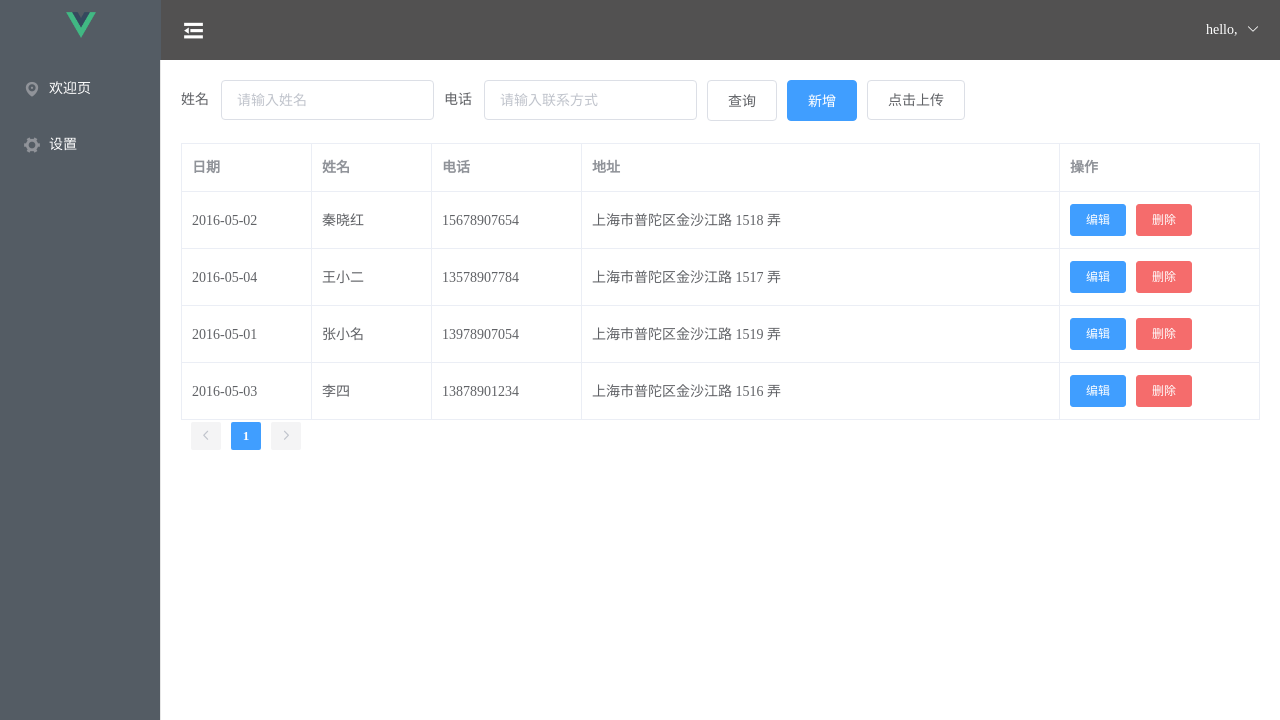
Repository: qianxuebing/admin
Page: /Layout/Table
These files come from the project's save history. The page is drawn as it stood at one moment and after the next save; the edit follows.
The browser window is 1280 px wide. The pictures show the whole page.
The project was rebuilt for these pictures with package versions that can differ from the ones it lists, and the page was loaded fresh each time. Also part of the build but not shown: src/views/login/Login.vue. Imported but missing from the stored project, and not drawn on this page: src/views/home/Home.

Above is the page before, as saved 2020-01-13 10:21:10.

After the next save:
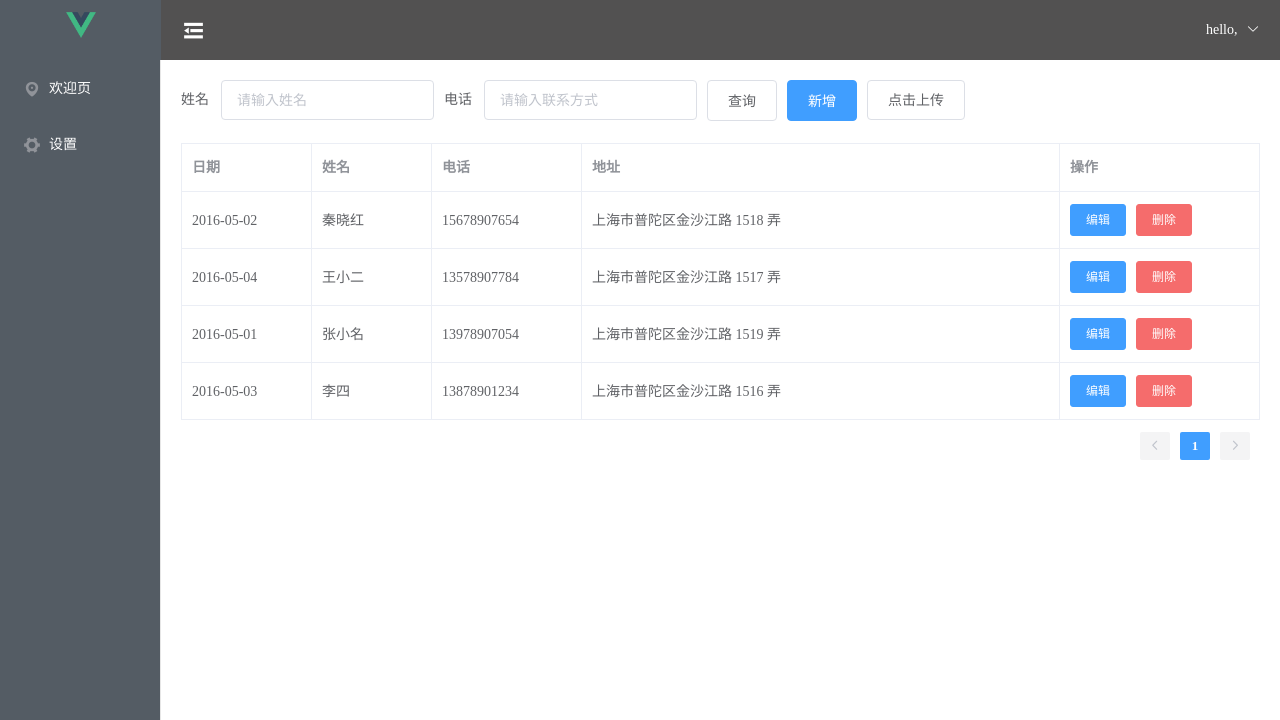
Saved 60 s later.
--- a/src/views/table/Table.vue
+++ b/src/views/table/Table.vue
@@ -57,6 +57,7 @@
       </el-table-column>
     </el-table>
     <el-pagination
+      style="margin-top: 10px; text-align: right"
       background
       layout="prev, pager, next"
       :total="tableData.length">
